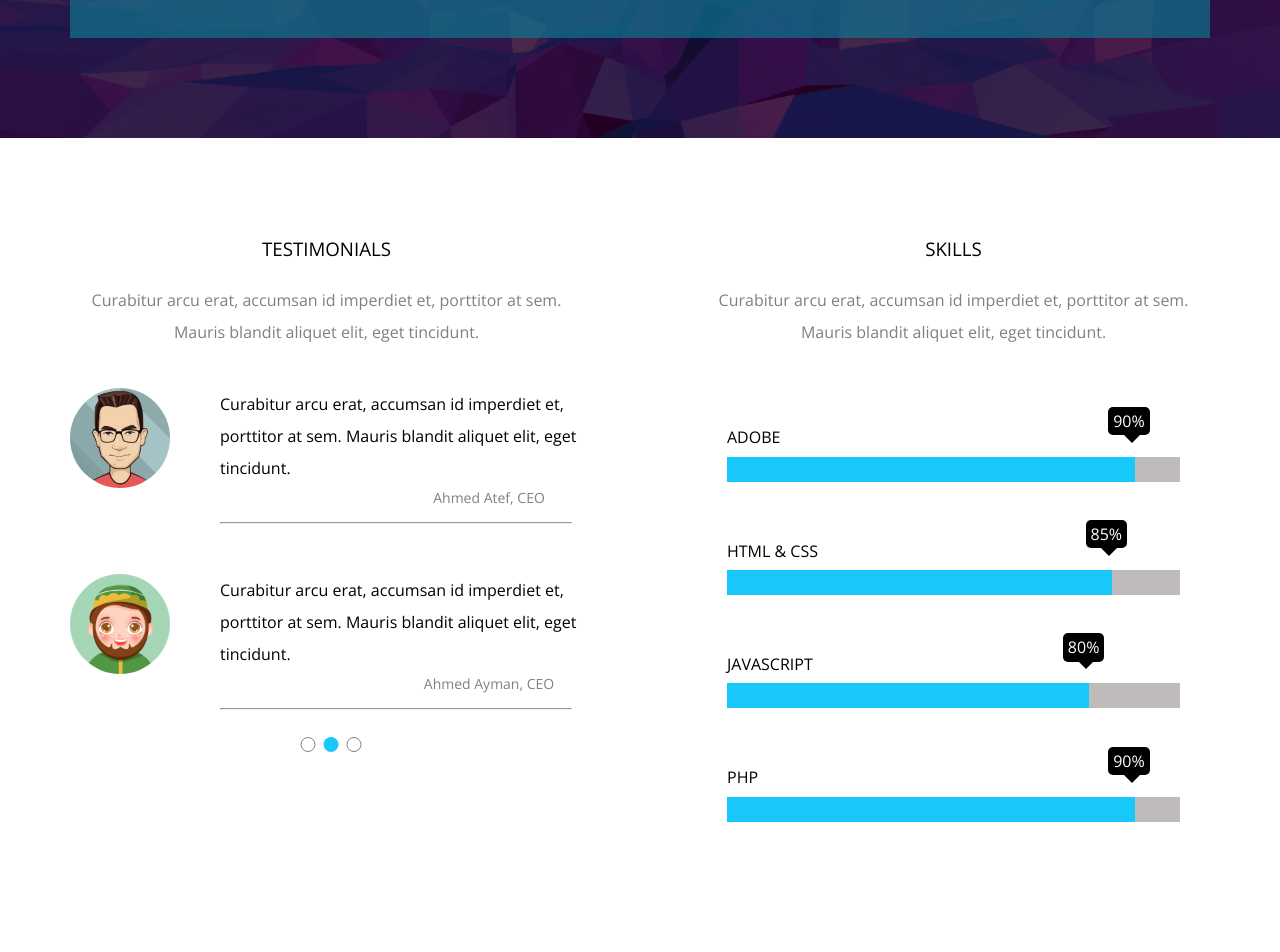
Repository: Ahmed123rezk123/Template_2
Page: index.html
An editor plug-in stored every save of this project. The page is shown before and after the next save, followed by the edit.
The browser window is 1280 px wide. The pictures show the part of the page from y = 4915 to 5867 px (the page is 5867 px tall).
A picture or video elsewhere on the page could not be fetched, so the positions and the page height are approximate. Some web fonts or font styles are not loaded; a fallback is used.

Above is the page before, as saved 2024-04-15 19:05:30.

After the next save:
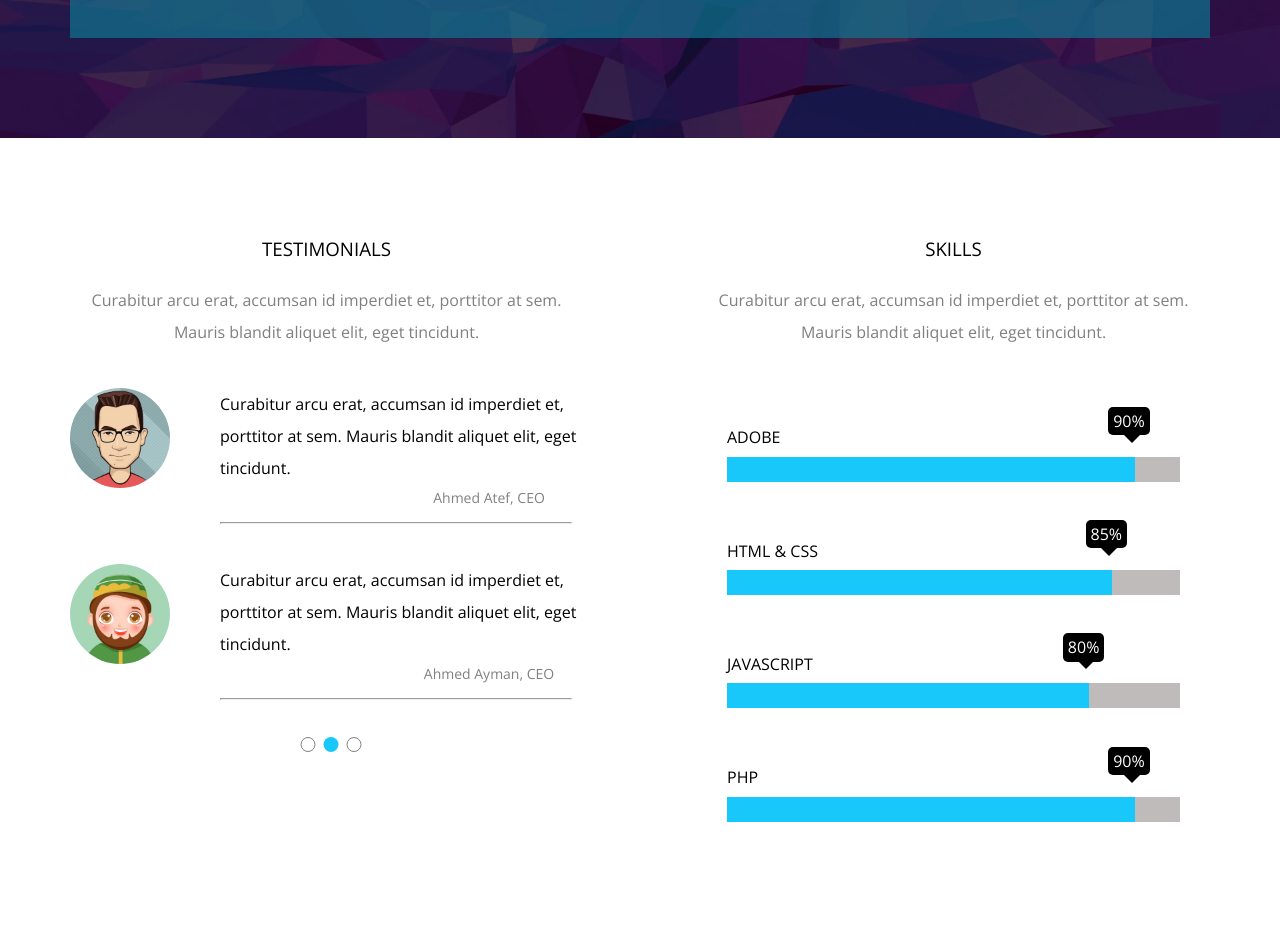
Saved 10 s later.
--- a/css/kasper.css
+++ b/css/kasper.css
@@ -715,7 +715,7 @@ margin-right: 50px;
 .our-skills .container .testimonial .box .text hr {
     color: gray;
     width: 350px;
-    margin-bottom: 10px;
+    /* margin-bottom: 10px; */
 }
 .our-skills .container .testimonial .bullets {
         position: absolute;
